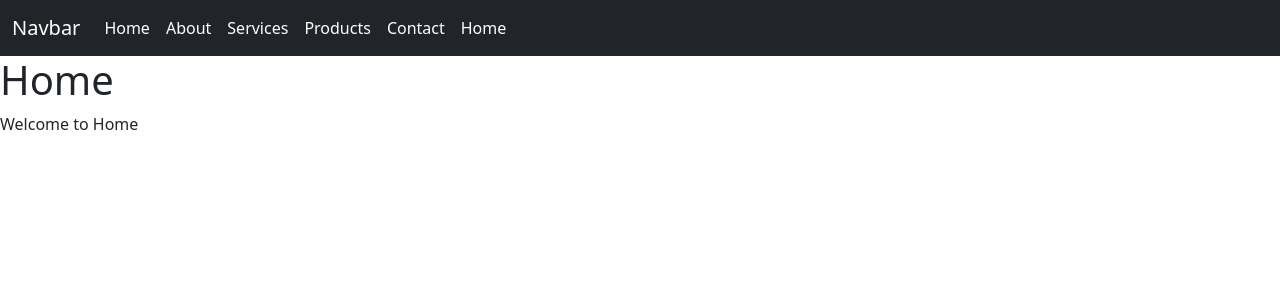
Repository: BlessingAjiboye/WEEJ4JULIO
Page: http://localhost/
An editor plug-in stored every save of this project. The page is shown before and after the next save, followed by the edit.
The browser window is 1280 px wide. The pictures show the whole page.
The page is served by the project's Node server (server.js).

Above is the page before, as saved 2022-09-22 15:46:10.

After the next save:
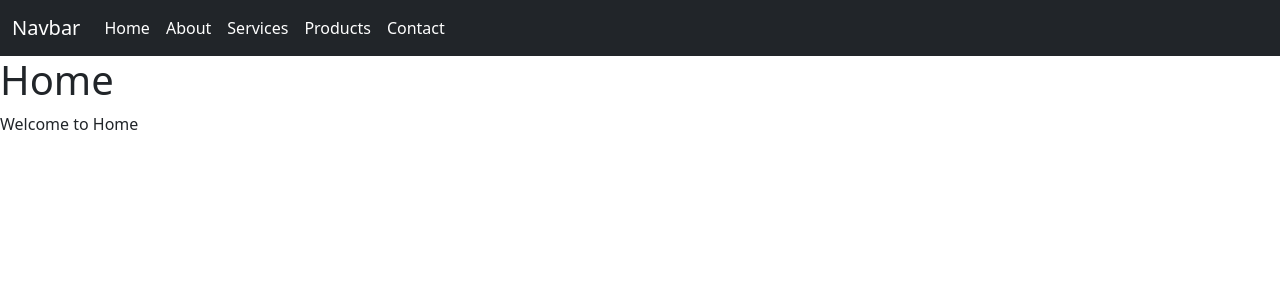
Saved 23 s later.
--- a/views/index.ejs
+++ b/views/index.ejs
@@ -34,9 +34,7 @@
           <li class="nav-item">
             <a class="nav-link active" aria-current="page" href="/contact">Contact</a>
           </li>
-          <li class="nav-item">
-            <a class="nav-link active" aria-current="page" href="/">Home</a>
-          </li>
+
       </div>
     </div>
   </nav>
